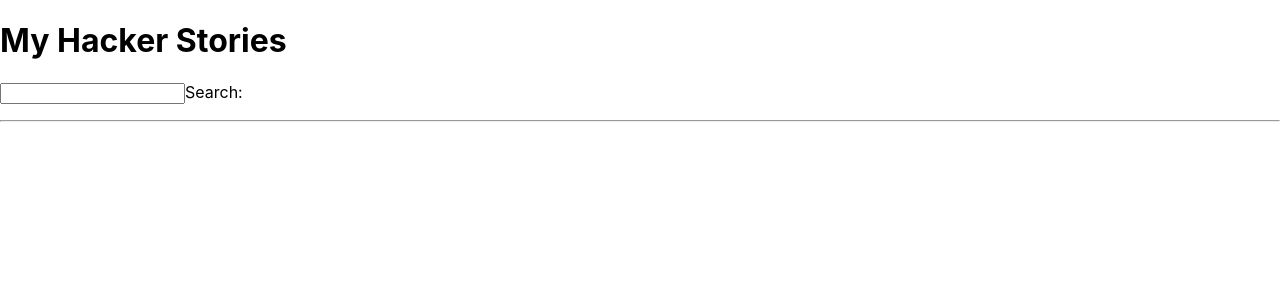
Repository: m-ahmadshaikh/FullStackProjects
Page: / (app in 03-react/hacker-stories/)
These files come from the project's save history. The page is drawn as it stood at one moment and after a run of saves; the edit follows.
The browser window is 1280 px wide. The pictures show the whole page.
The project was rebuilt for these pictures with package versions that can differ from the ones it lists, and the page was loaded fresh each time. Also part of the build but not shown: 03-react/hacker-stories/src/App.css.

Above is the page before, as saved 2022-08-24 09:39:51.

### 03-react/hacker-stories/src/index.js
import React from 'react';
import ReactDOM from 'react-dom/client';
import './index.css';
import App from './App';
import reportWebVitals from './reportWebVitals';

const root = ReactDOM.createRoot(document.getElementById('root'));
root.render(
  // eslint-disable-next-line react/jsx-filename-extension
  <React.StrictMode>
    <App />
  </React.StrictMode>,
);

// If you want to start measuring performance in your app, pass a function
// to log results (for example: reportWebVitals(console.log))
// or send to an analytics endpoint. Learn more: https://bit.ly/CRA-vitals
reportWebVitals();

### 03-react/hacker-stories/src/App.jsx
import './App.css';

// const title = 'React';

// eslint-disable-next-line no-unused-vars
const list = [
  {
    title: 'React',
    url: 'https://reactjs.org/',
    author: 'Jordan Walke',
    num_comments: 3,
    points: 4,
    objectID: 0,
  },
  {
    title: 'Redux',
    url: 'https://redux.js.org/',
    author: 'Dan Abramov, Andrew Clark',
    num_comments: 2,
    points: 5,
    objectID: 1,
  },
];
const newN = list.map((item) => <h1>{item}</h1>);
function App() {
  return (
    <div>
      <h1>
        My Hacker Stories
      </h1>
      <label htmlFor="search">
        <input id="search" type="text" />
        Search:
        {' '}
      </label>
      <ul>

      </ul>
      <hr />
    </div>
  );
}

export default App;

Loaded but not shown: 03-react/hacker-stories/public/index.html (common file); 03-react/hacker-stories/src/index.css (common file); 03-react/hacker-stories/src/reportWebVitals.js (common file)

After the next 4 saves:
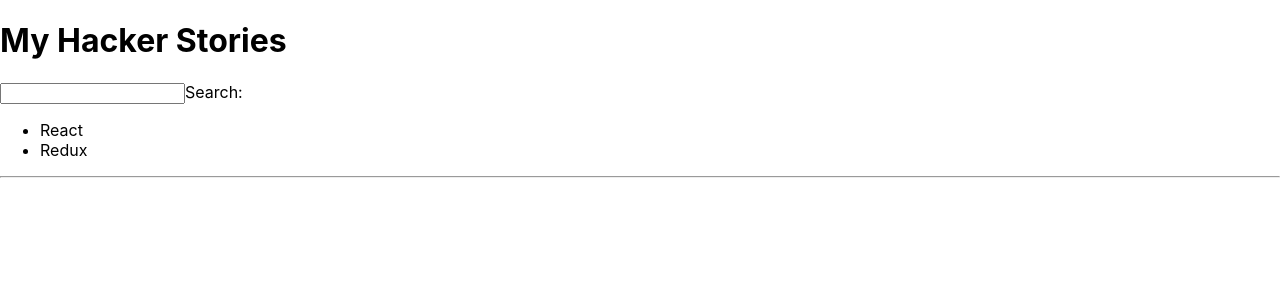
The 4 saves are shown as one change because 2 did not build or start and some came seconds apart.
The last was saved 33 s later.
--- a/03-react/hacker-stories/src/App.jsx
+++ b/03-react/hacker-stories/src/App.jsx
@@ -21,7 +21,7 @@
     objectID: 1,
   },
 ];
-const newN = list.map((item) => <h1>{item}</h1>);
+const newN = list.map((item) => <li>{item.title}</li>);
 function App() {
   return (
     <div>
@@ -34,7 +34,7 @@
         {' '}
       </label>
       <ul>
-
+        {newN}
       </ul>
       <hr />
     </div>
